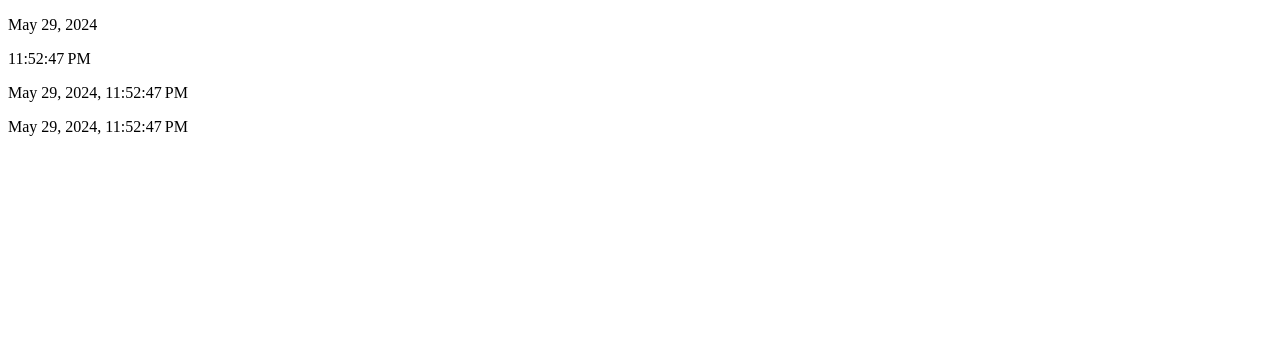
Repository: saysang22/servlet
Page: http://localhost/JSPBook/ch09/jstl_fmt03.jsp
An editor plug-in stored every save of this project. The page is shown before and after the next save, followed by the edit.
The browser window is 1280 px wide. The pictures show the whole page.
The page is served by Tomcat 10.

Above is the page before, as saved 2024-06-07 03:00:37.

After the next save:
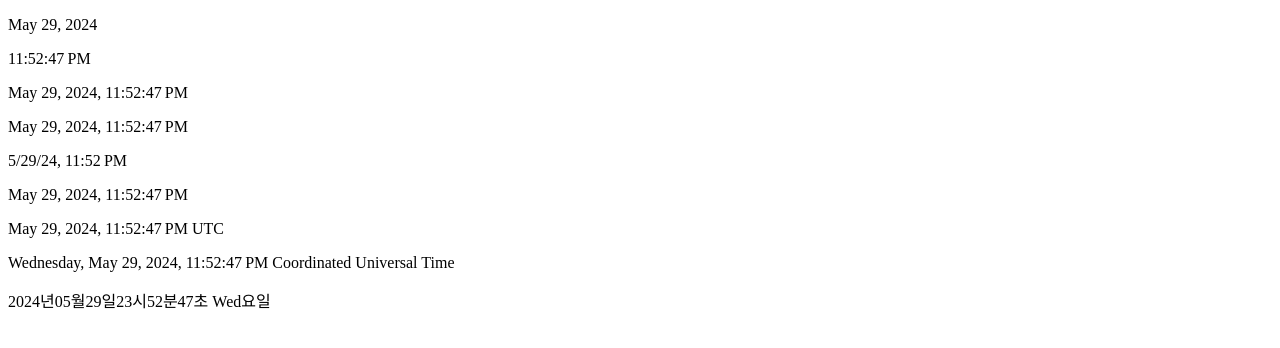
Saved 5 min 18 s later.
--- a/JSPBook/src/main/webapp/ch09/jstl_fmt03.jsp
+++ b/JSPBook/src/main/webapp/ch09/jstl_fmt03.jsp
@@ -13,5 +13,10 @@
 	<p><fmt:formatDate value="${now}" type="time" />
 	<p><fmt:formatDate value="${now}" type="both" />
 	<p><fmt:formatDate value="${now}" type="both" dateStyle="default" timeStyle="default" />
+	<p><fmt:formatDate value="${now}" type="both" dateStyle="short" timeStyle="short" />
+	<p><fmt:formatDate value="${now}" type="both" dateStyle="medium" timeStyle="medium"/>
+	<p><fmt:formatDate value="${now}" type="both" dateStyle="long" timeStyle="long" />
+	<p><fmt:formatDate value="${now}" type="both" dateStyle="full" timeStyle="full"/>
+	<p><fmt:formatDate value="${now}" type="both" pattern="yyyy년MM월dd일HH시mm분ss초 E요일"/>
 </body>
 </html>
